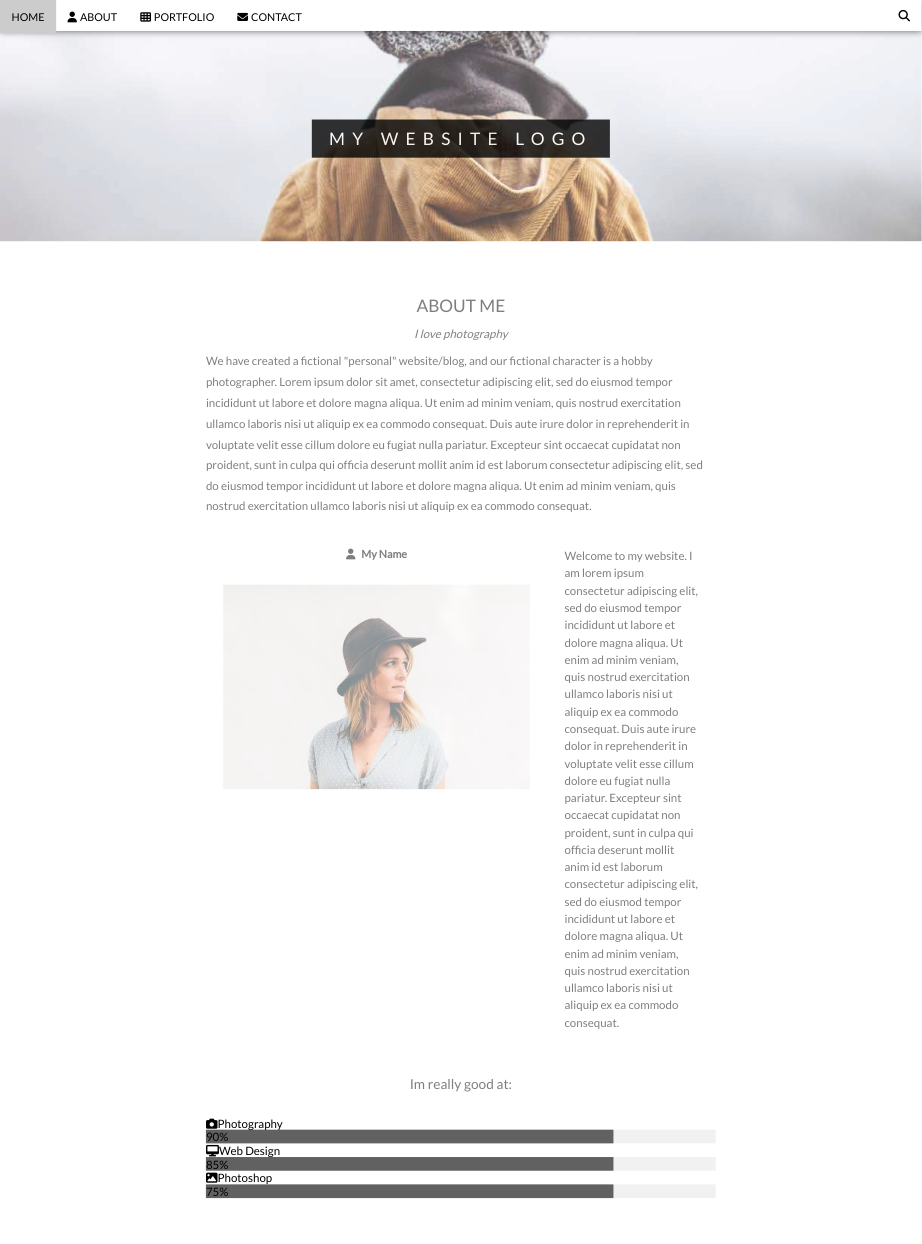
Repository: xd25vn/project-error
Page: index.html
The author's editor kept a copy of each file at every save. The page is drawn from the files as they stood at one save, then again after the next save.
The browser window is 1280 px wide. The pictures show the whole page, at 72% of full size.

Above is the page before, as saved 2023-09-02 18:55:22.

After the next save:
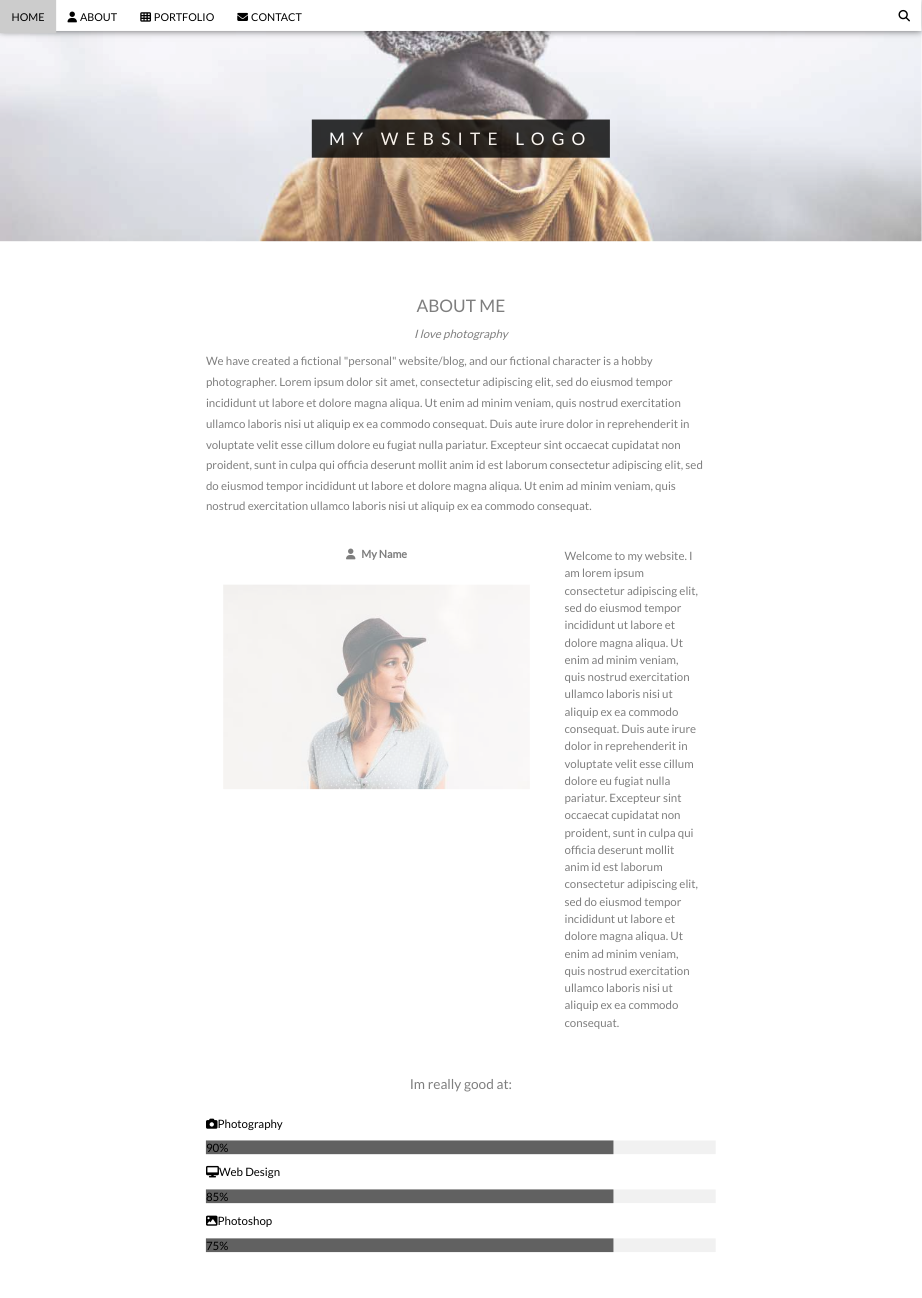
Saved 5 min 33 s later.
--- a/assets/main.css
+++ b/assets/main.css
@@ -159,6 +159,10 @@ header .nav-icon-search:hover i {
     opacity: 0.5;
 }
 
+.rate .rate-section .rate-section-text-one {
+    margin: 15px 0;
+}
+
 .rate .rate-section .rate-section-bg {
     background-color: #f1f1f1;
     width: 100%;
